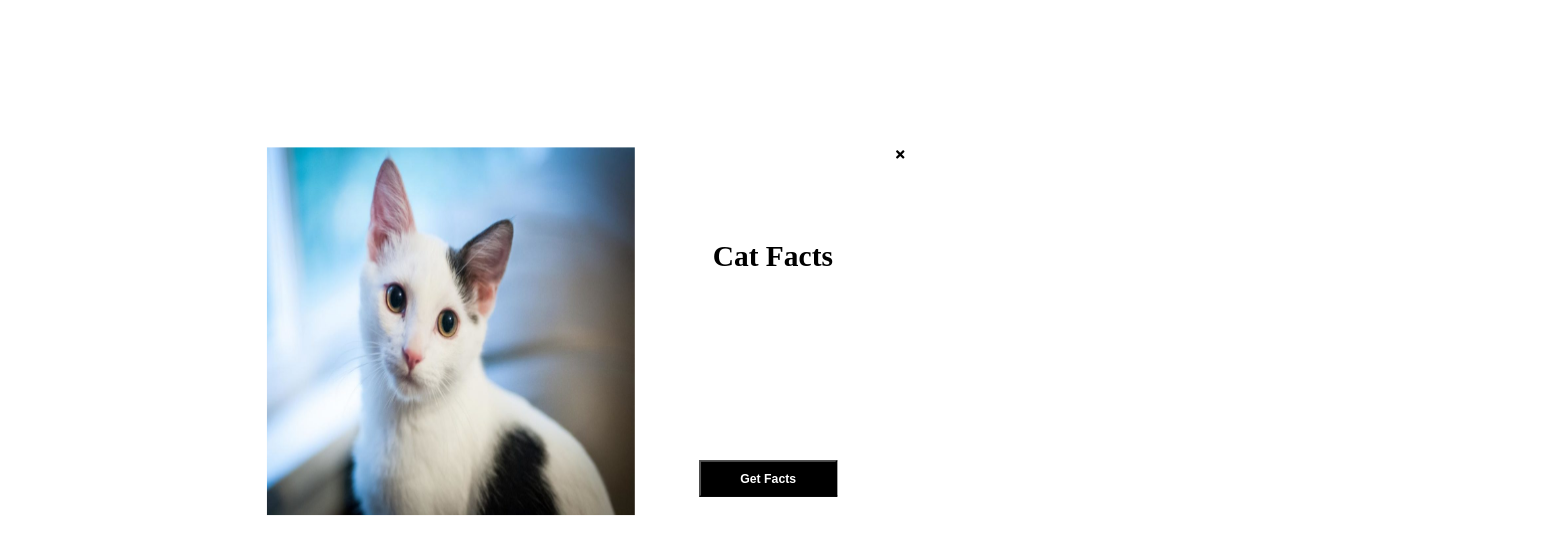
Repository: AustinW24/pg-catfacts
Page: cat-facts.html
An editor plug-in stored every save of this project. The page is shown before and after the next save, followed by the edit.
The browser window is 1280 px wide. The page is 1280 px wide, then 1690 px, then 1280 px, so the pictures cover 1690 px, including what lies to the right of the window. The pictures show the whole page, at 92% of full size.
The page's requests for data from a server got no answer. Some web libraries are served in a nearby version.

Above is the page before, as saved 2021-12-29 18:30:24.

After the next save:
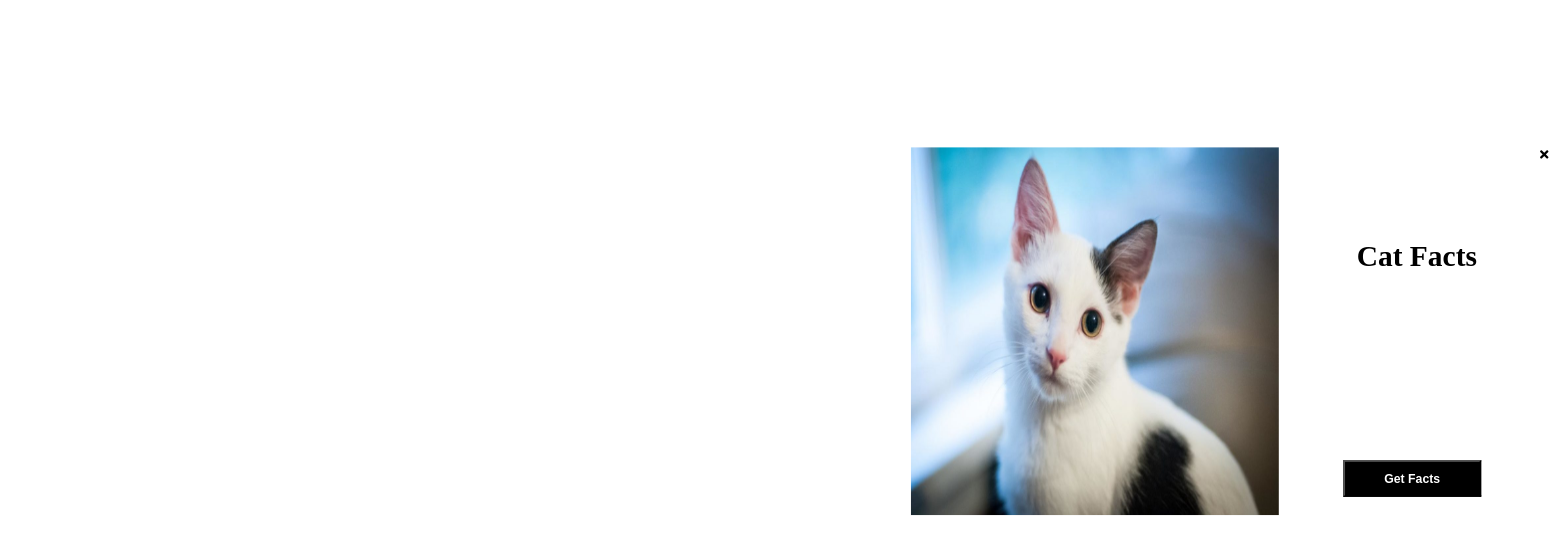
Saved 4 s later.
--- a/cat-facts.css
+++ b/cat-facts.css
@@ -46,7 +46,7 @@
     position: relative;
     width: 700px;
     height: 400px;
-    transform: translateX()
+    transform: translateX(100%)
 
 }
 

After the 2 saves that followed:
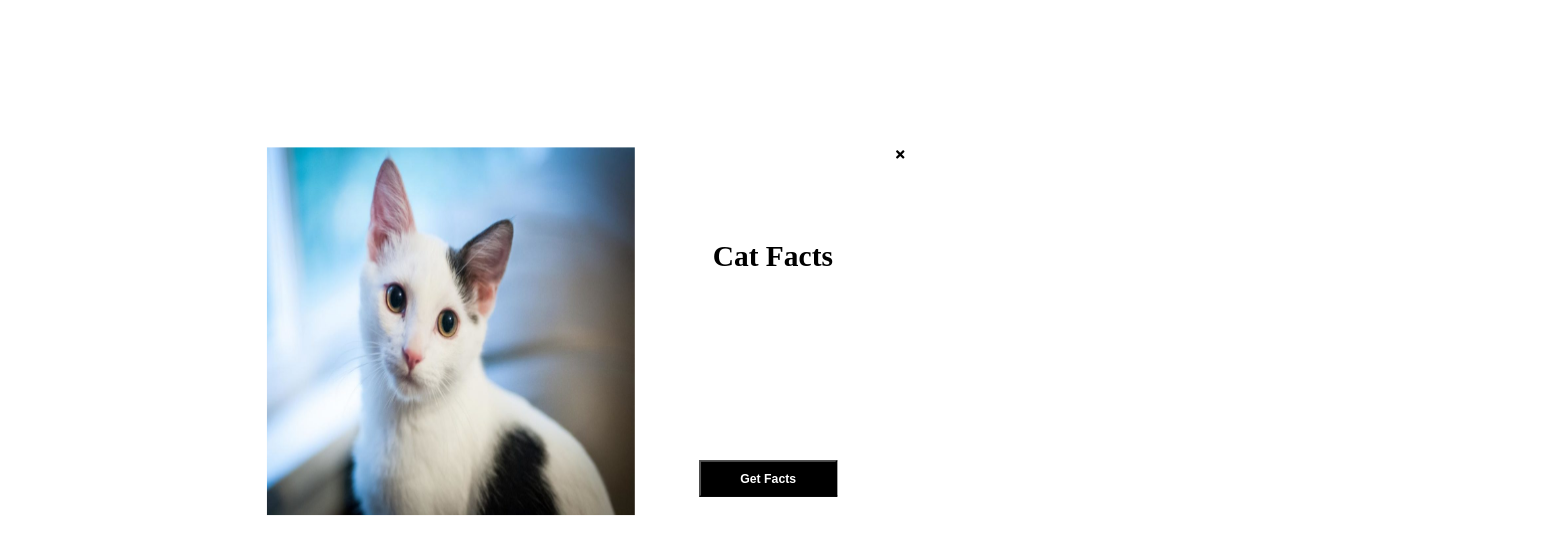
The 2 saves are shown as one change because 1 left the picture as it was.
The last was saved 47 s later.
--- a/cat-facts.css
+++ b/cat-facts.css
@@ -8,6 +8,7 @@
     display: flex;
     align-items: center;
     justify-content: center;
+    overflow: hidden;
 }
 
 .facts__button {
@@ -46,7 +47,7 @@
     position: relative;
     width: 700px;
     height: 400px;
-    transform: translateX(100%)
+
 
 }
 
